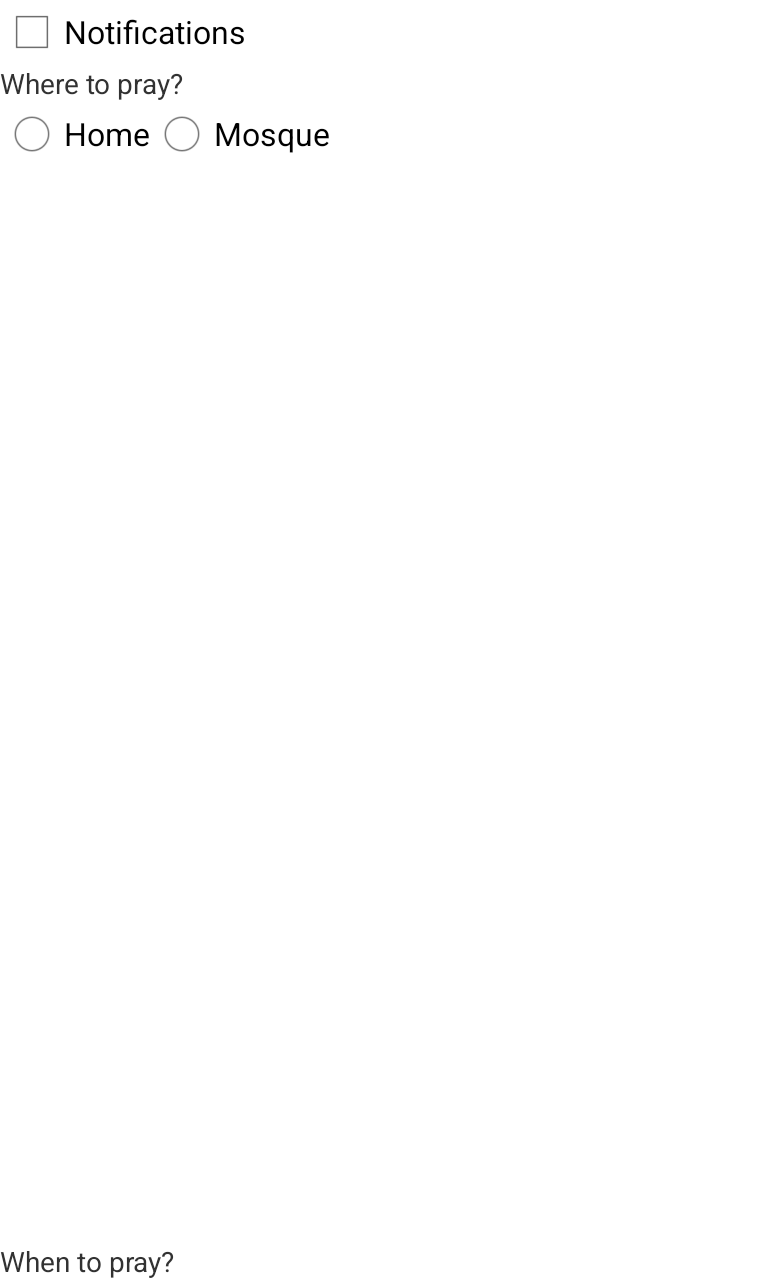
Repository: Osamah/Afstudeerwerk
Layout: NativeApp/SecondPillar/res/layout/activity_settings.xml
An editor plug-in stored every save of this project. The layout is shown before and after the next save, followed by the edit.
It is drawn on a 768 x 1280 px phone screen (xhdpi) without system bars, with theme AppTheme; the app's code is not run.

Above is the layout before, as saved 2012-12-29 18:43:22.

After the next save:
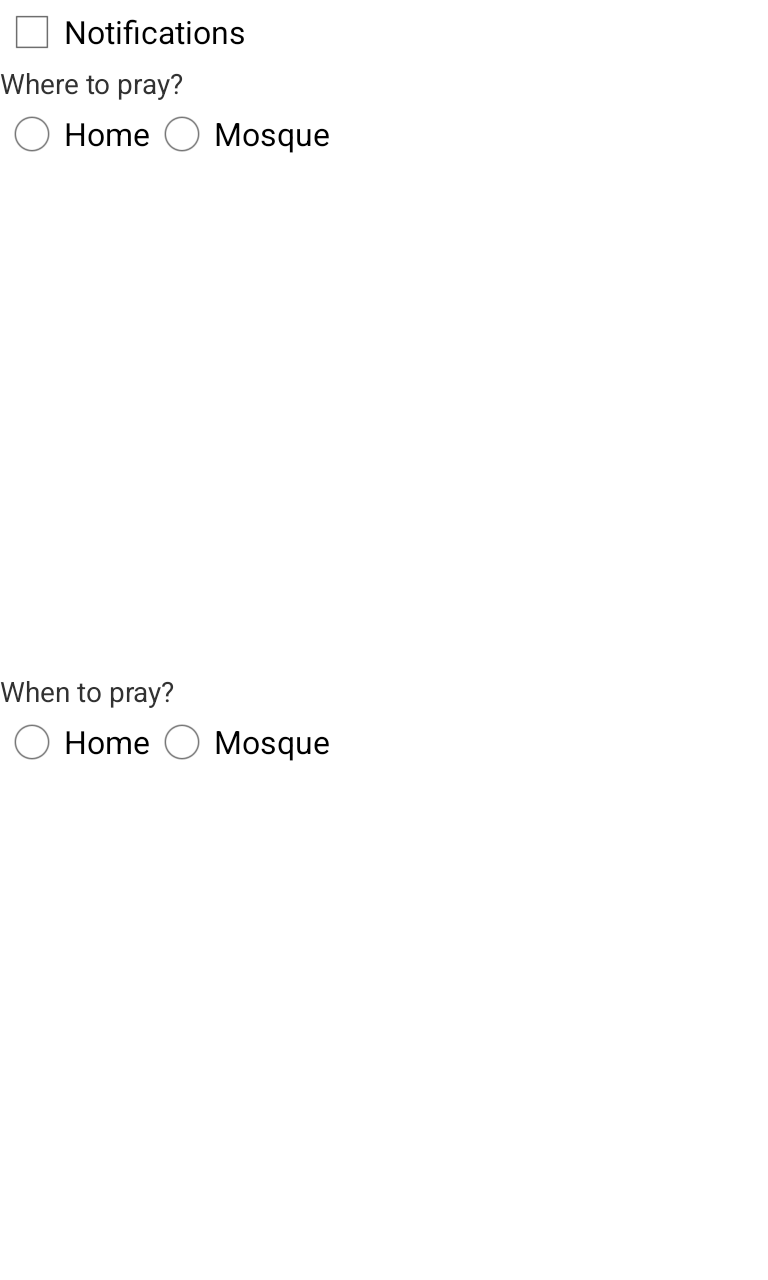
Saved 6 min 6 s later.
--- a/NativeApp/SecondPillar/res/layout/activity_settings.xml
+++ b/NativeApp/SecondPillar/res/layout/activity_settings.xml
@@ -16,7 +16,7 @@
         android:text="@string/prayingWhere" />
 
 	<RadioGroup
-	    android:id="@+id/wherePRaying"
+	    android:id="@+id/wherePraying"
 	    android:layout_width="wrap_content"
 	    android:layout_height="wrap_content"
 	    android:orientation="horizontal"
@@ -36,6 +36,22 @@
         android:layout_height="wrap_content"
         android:text="@string/prayingWhen" />
 
+  	<RadioGroup
+	    android:id="@+id/NotificationsPraying"
+	    android:layout_width="wrap_content"
+	    android:layout_height="wrap_content"
+	    android:orientation="horizontal"
+	    android:layout_weight="1" >
+
+	    <RadioButton
+	    	android:id="@+id/prayhome"
+	    	android:text="@string/prayHome"/>
+
+	    <RadioButton
+	        android:id="@+id/prayMo"
+	        android:text="@string/prayMosque" />
+	</RadioGroup>
+
 
 
 </LinearLayout>
